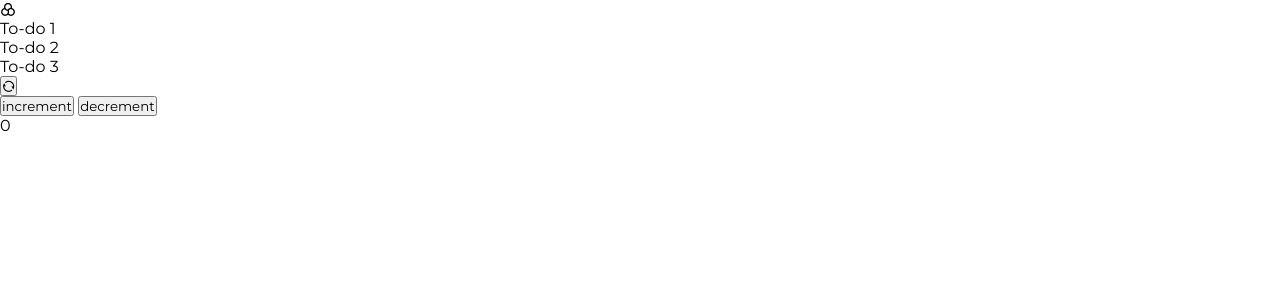
Repository: EguJaredoBoyd/Jared-Counter-App
Page: index.html
An editor plug-in stored every save of this project. The page is shown before and after the next save, followed by the edit.
The browser window is 1280 px wide. The pictures show the whole page.

Above is the page before, as saved 2025-11-17 21:16:07.

After the next save:
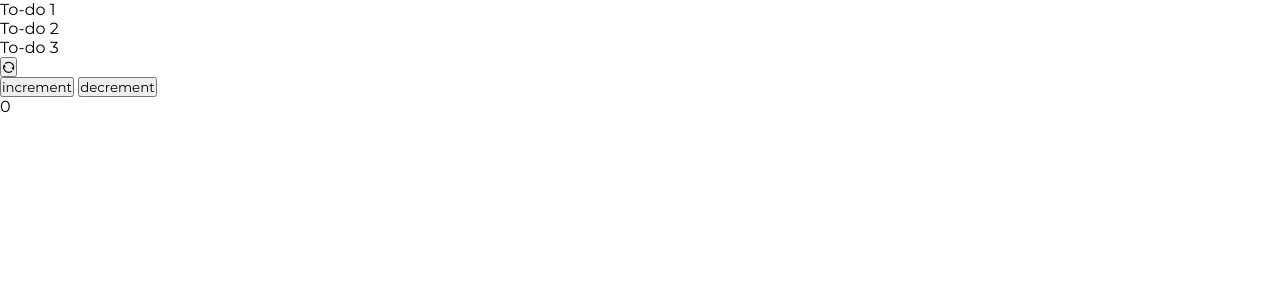
Saved 18 s later.
--- a/index.html
+++ b/index.html
@@ -16,7 +16,6 @@
 
 <body>
     <section>
-        <i class="ri-color-filter-line"></i>
         <ul>
             <li>To-do 1</li>
             <li>To-do 2</li>
